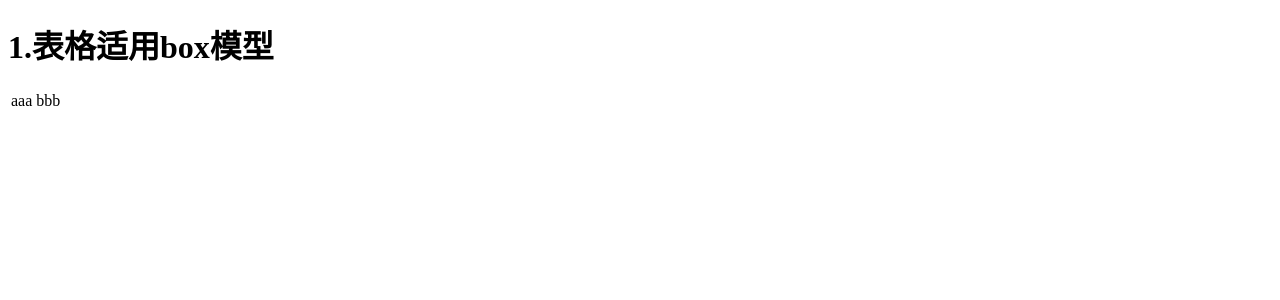
Repository: MasterKweng/workspace
Page: WebBasic/WebContent/Day02/table.html
An editor plug-in stored every save of this project. The page is shown before and after the next save, followed by the edit.
The browser window is 1280 px wide. The pictures show the whole page.

Above is the page before, as saved 2018-01-04 07:36:29.

### WebBasic/WebContent/Day02/table.html
<!doctype html>
<html>
	<head>
		<title>表格样式</title>
		<meta charset="utf-8"/>
	</head>
	<body>
	<h1>1.表格适用box模型</h1>
	<table id="t1">
	<tr><td>aaa</td><td>bbb</td></tr>
	<tr></tr>
	</table>

	</body>
</html>

After the next save:
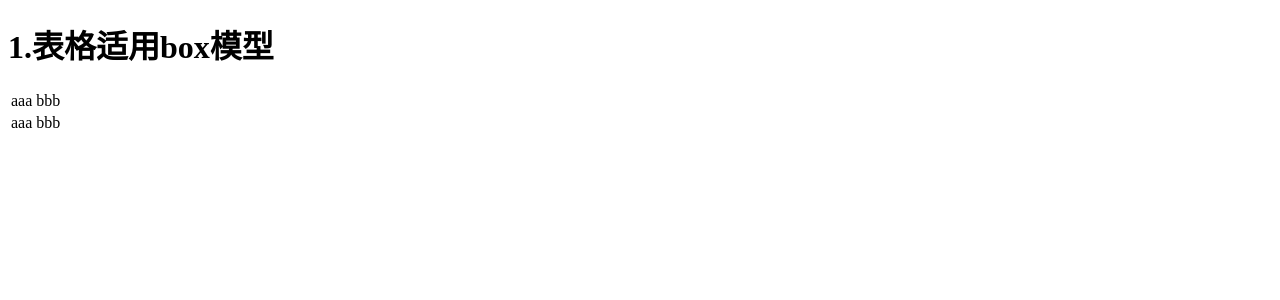
Saved 82 s later.
--- a/WebBasic/WebContent/Day02/table.html
+++ b/WebBasic/WebContent/Day02/table.html
@@ -7,8 +7,14 @@
 	<body>
 	<h1>1.表格适用box模型</h1>
 	<table id="t1">
-	<tr><td>aaa</td><td>bbb</td></tr>
-	<tr></tr>
+	<tr>
+	<td>aaa</td>
+	<td>bbb</td>
+	</tr>
+	<tr>
+	<td>aaa</td>
+	<td>bbb</td>
+	</tr>
 	</table>
 
 	</body>
